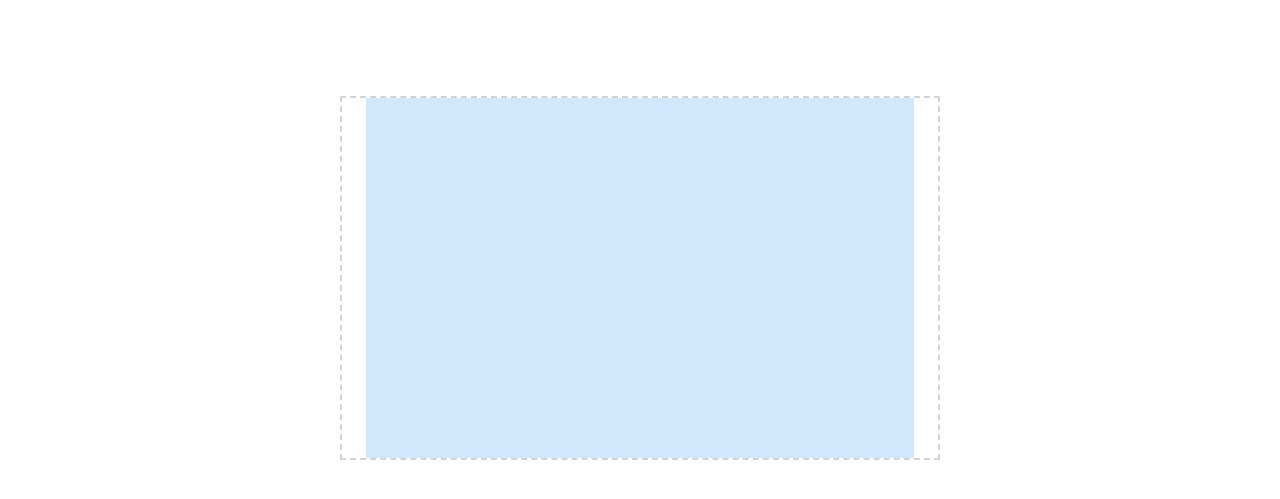
Repository: BhushanPatil-121/pdf-upload-nextjs
Page: /
These files come from the project's save history. The page is drawn as it stood at one moment and after a run of saves; the edit follows.
The browser window is 1280 px wide. The pictures show the whole page.
The project was rebuilt for these pictures with package versions that can differ from the ones it lists, and the page was loaded fresh each time. The framework's server and built-in components were replaced by stand-ins that run in the browser. Also part of the build but not shown: next.config.mjs.

Above is the page before, as saved 2024-02-29 11:29:29.

After the next 3 saves:
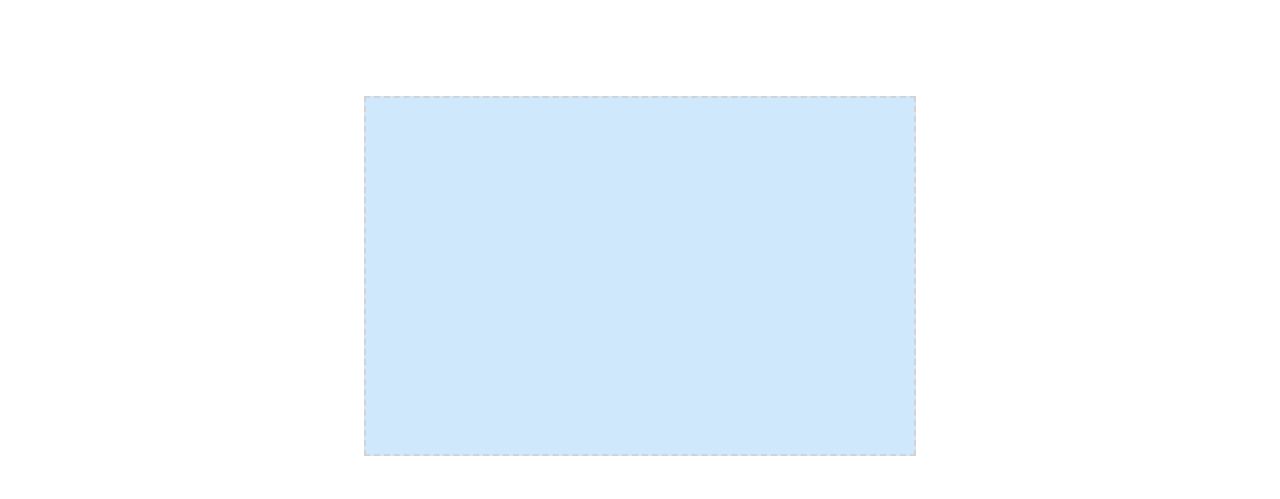
The 3 saves are shown as one change because they came seconds apart.
The last was saved 55 s later.
--- a/src/app/page.tsx
+++ b/src/app/page.tsx
@@ -45,8 +45,9 @@ export default function Home() {
   }
   return (
     <main className={styles.main}>
-      <Container maxWidth="sm" className={styles.mainContainer }>
-        <Box sx={{ bgcolor: '#cfe8fc', height: '50vh' }}>
+      <Container maxWidth="sm">
+        <Box  className={styles.mainContainer }
+        sx={{ bgcolor: '#cfe8fc', height: '50vh' }}>
 
         </Box>
       </Container>
